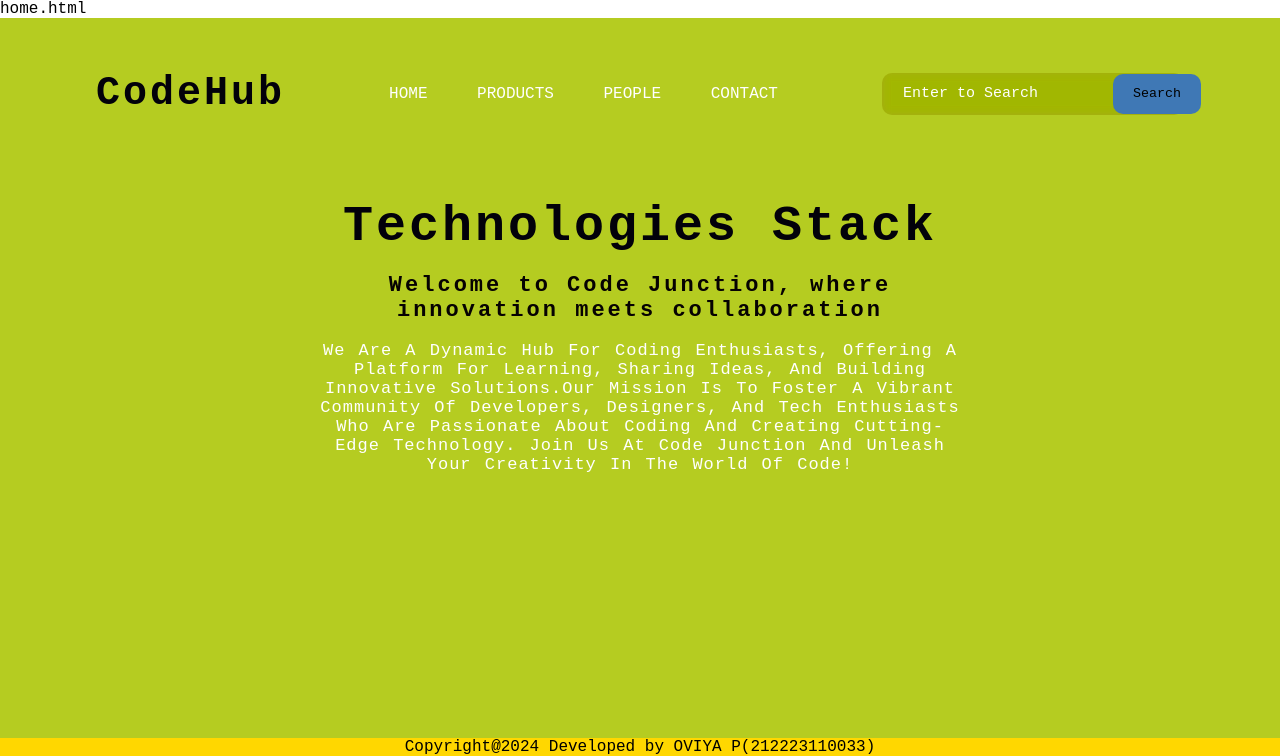
Repository: Oviya24032K6/softweb
Page: oviya/softapp/static/home.html
An editor plug-in stored every save of this project. The page is shown before and after the next save, followed by the edit.
The browser window is 1280 px wide. The pictures show the whole page.

Above is the page before, as saved 2024-04-25 22:34:22.

After the next save:
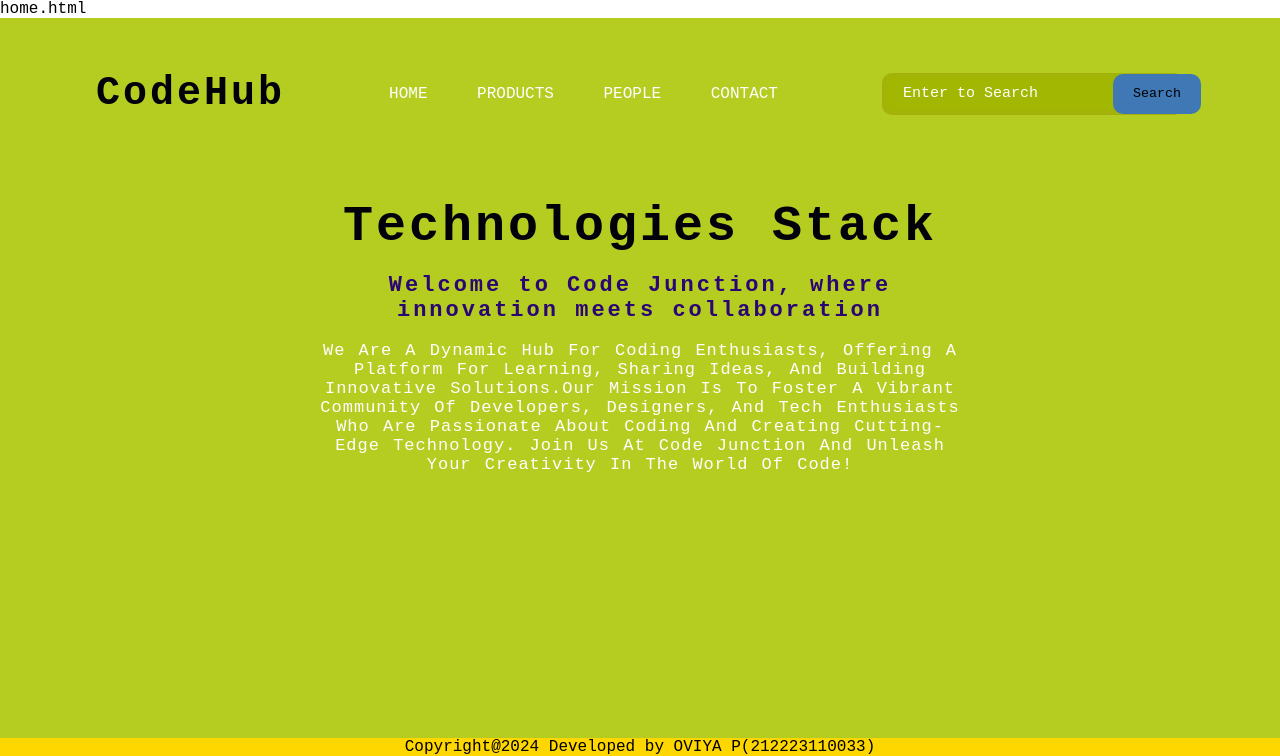
Saved 4 s later.
--- a/oviya/softapp/static/home.html
+++ b/oviya/softapp/static/home.html
@@ -99,7 +99,7 @@ home.html
                 letter-spacing: 3px;
             }
 	    .text h3 {
-                color: rgb(6, 2, 2);
+                color: rgb(42, 5, 116);
                 font-weight: 800;
                 font-size: 22px;
                 letter-spacing: 3px;
